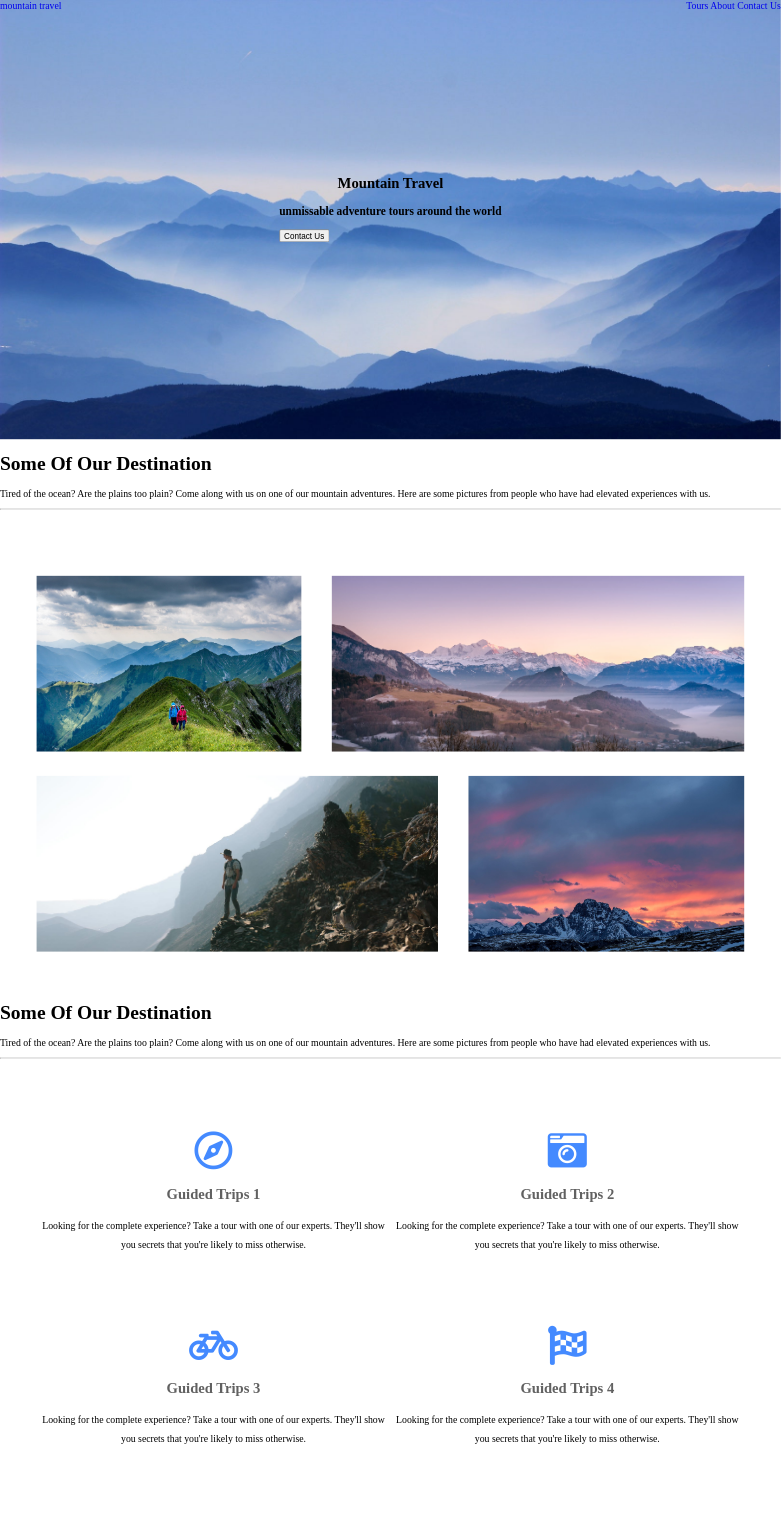
Repository: Einsteiniumeinsteinian/Advanced-CSS
Page: css-project-starter-code/index.html
An editor plug-in stored every save of this project. The page is shown before and after the next save, followed by the edit.
The browser window is 1280 px wide. The pictures show the whole page, at 61% of full size.
Some web libraries are served in a nearby version.

Above is the page before, as saved 2021-08-15 20:46:21.

### css-project-starter-code/index.html
<!DOCTYPE html>
<html>

<head>
  <meta charset="utf-8">
  <meta name="viewport" content="width=device-width, initial-scale=1">
  <title>Mountain Travel</title>
  <link rel="stylesheet" href="https://use.fontawesome.com/releases/v5.0.7/css/all.css">
  <link rel="preconnect" href="https://fonts.googleapis.com">
  <link rel="preconnect" href="https://fonts.gstatic.com" crossorigin>
  <link href="https://fonts.googleapis.com/css2?family=Quicksand:wght@600&display=swap" rel="stylesheet">
  <link href="https://fonts.googleapis.com/css?family=Open+Sans" rel="stylesheet">
  <link rel="stylesheet" href="assets/css/styles.css">
</head>

<body>
  <!-- Forked from a template on Tutorialzine: https://tutorialzine.com/2016/06/freebie-landing-page-template-with-flexbox -->
  <header>
    <nav>
      <a href="#"> mountain travel</a>
      <span class="nav-span">
        <a href="#"> Tours</a>
        <a href="#"> About</a>
        <a href="#"> Contact Us</a>
      </span>
    </nav>
    <div class="top-container">
      <div class="header-text-wrapping">
        <h2>Mountain Travel</h2>
        <h3>unmissable adventure tours around the world</h3>
        <button>Contact Us</button>
      </div>

    </div>
  </header>
  <div>
    <h1>
      Some Of Our Destination
    </h1>
    <p>
      Tired of the ocean? Are the plains too plain? Come along with us on one of our mountain adventures. Here are some
      pictures from people who have had elevated experiences with us.
    </p>
    <hr>
  </div>

  <section class="photo-section">
    <div class="photo-set-div">
      <img class="img" src="assets/img/mountain1.jpg" alt="">
      <img class="img img-2" src="assets/img/mountain2.jpg" alt="">
    </div>
    <div class="photo-set-div">
      <img class="img img-3" src="assets/img/mountain3.jpg" alt="">
      <img class="img" src="assets/img/mountain4.jpg" alt="">
    </div>
  </section>

  <div>
    <h1>
      Some Of Our Destination
    </h1>
    <p>
      Tired of the ocean? Are the plains too plain? Come along with us on one of our mountain adventures. Here are some
      pictures from people who have had elevated experiences with us.
    </p>
    <hr>
  </div>

  <!--* Packkage Section -->
  <section class="package-section">
    <div class="package-set">
      <div class="package">
<i class="far fa-compass"></i>
        <h1>
          guided trips 1
        </h1>
        <p>Looking for the complete experience? Take a tour with one of our experts. They'll show you secrets that you're likely to
        miss otherwise.</p>
      </div>
        <div class="package">
          <i class="fas fa-camera-retro"></i>
          <h1>
            guided trips 2
          </h1>
          <p>Looking for the complete experience? Take a tour with one of our experts. They'll show you secrets that you're
            likely to
            miss otherwise.</p>
        </div>
    </div>
      <div class="package-set">
        <div class="package">
          <i class="fas fa-bicycle"></i>
          <h1>
            guided trips 3
          </h1>
          <p>Looking for the complete experience? Take a tour with one of our experts. They'll show you secrets that you're
            likely to
            miss otherwise.</p>
        </div>
          <div class="package">
            <i class="fas fa-flag-checkered"></i>
            <h1>
              guided trips 4
            </h1>
            <p>Looking for the complete experience? Take a tour with one of our experts. They'll show you secrets that you're
              likely to
              miss otherwise.</p>
          </div>
      </div>
  </section>
</body>

</html>

### css-project-starter-code/assets/css/styles.css
body{
    margin: 0;
    /* font-family: ; */
}
header{
  /* display: flex; */
  background-image: url('../img/main.jpg');
  background-repeat: no-repeat;
background-size: cover;
    min-height: 100vh;
}
nav{
    display: flex;
    justify-content: space-between;
    min-height: 30vh;
}
.top-container{
    margin-top: 10vh;
    display: flex;
    flex-direction: column;
    justify-content: center;
    align-items: center;
}
h2{
    margin-top: 0;
   text-align: center;
}
a{
    text-decoration: none;
}

/** Photo Section */
.photo-section{
    padding: 60px;
    display: flex;
    flex-direction: column;
}
.photo-set-div{
    margin-top: 40px;
    flex-grow: 1;
    display: flex;
    height: 40vh;
    flex-basis: 100px;
}

.img{
    min-width: 0;
flex-basis: 400px;
flex-grow: 1;
  object-fit: cover;
}
.img-2{
    margin-left: 50px;
    flex-grow: 8;
}
.img-3{
    margin-right: 50px;
    flex-grow: 5;
}

/** Packages */
.package-section{
    padding: 60px;
}
.package-set{
    display: flex;
}
.package{
    text-align: center;
    line-height: 2em;
    margin-top: 50px;
    margin-bottom: 50px;
}
.package > h1{
    /* font-family: 'Quicksand', sans-serif; */
    color: #616161;
    text-transform: capitalize;
    font-weight: bold;
    font-size: 1.5em;
}
i{
    font-size: 4em;
    color: #448AFF;
}

After the next save:
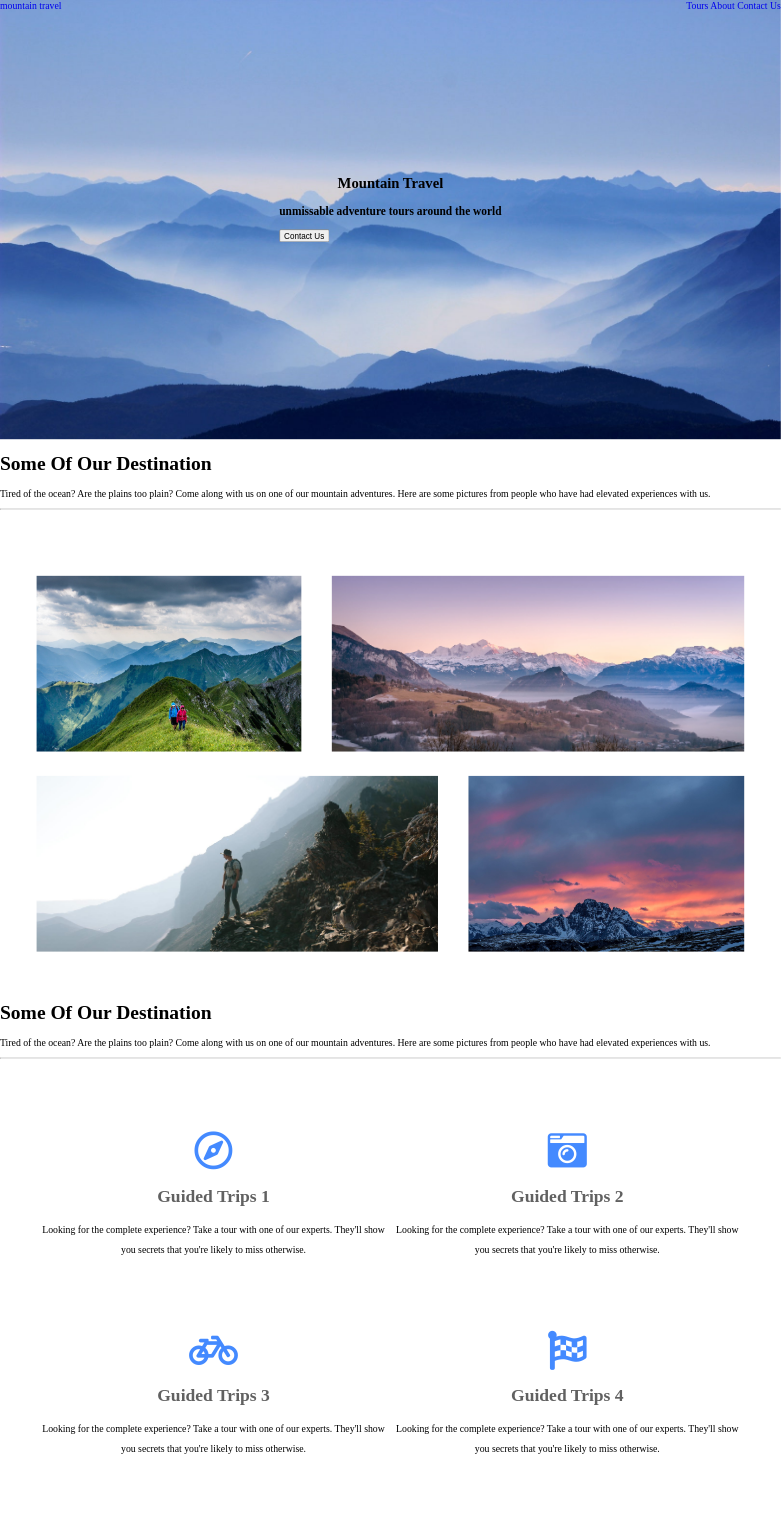
Saved 13 s later.
--- a/css-project-starter-code/assets/css/styles.css
+++ b/css-project-starter-code/assets/css/styles.css
@@ -76,7 +76,7 @@ flex-grow: 1;
     color: #616161;
     text-transform: capitalize;
     font-weight: bold;
-    font-size: 1.5em;
+    font-size: 1.8em;
 }
 i{
     font-size: 4em;
